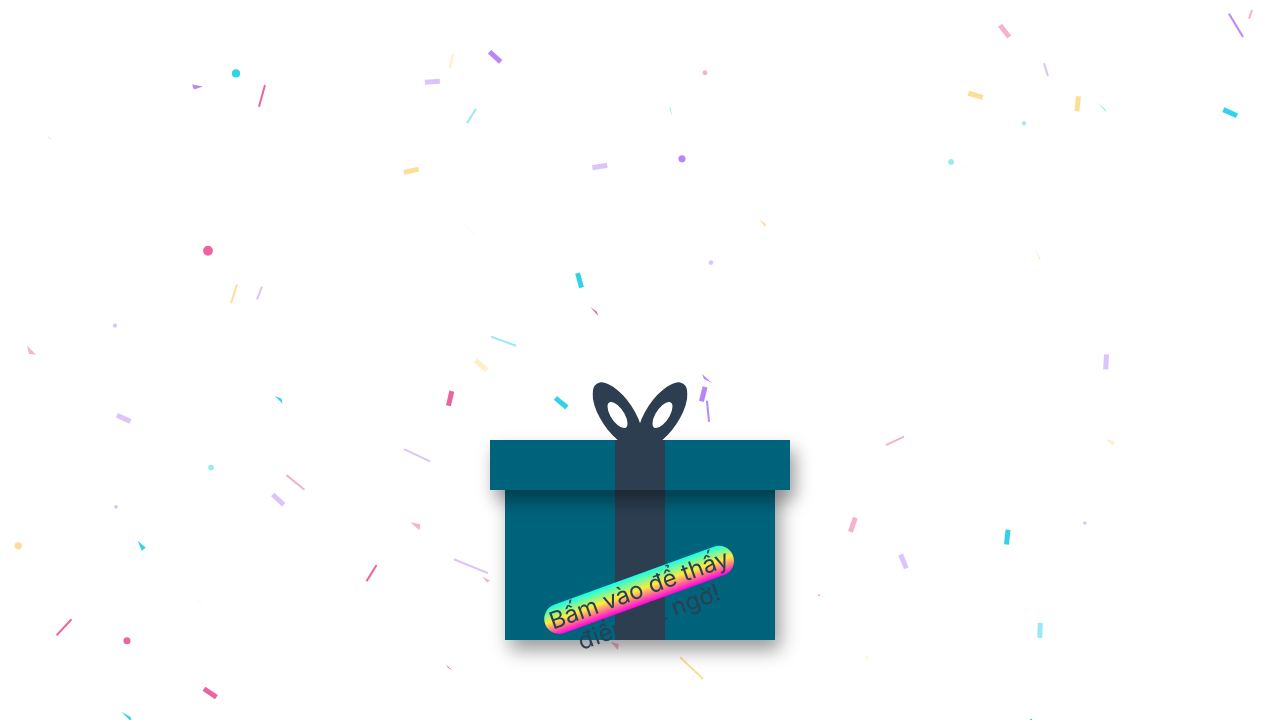
Repository: trongnghia161001/birth_day
Page: index.html
These files come from the project's save history. The page is drawn as it stood at one moment and after the next save; the edit follows.
The browser window is 1280 px wide. The pictures show the whole page.

Above is the page before, as saved 2022-11-14 22:30:30.

After the next save:
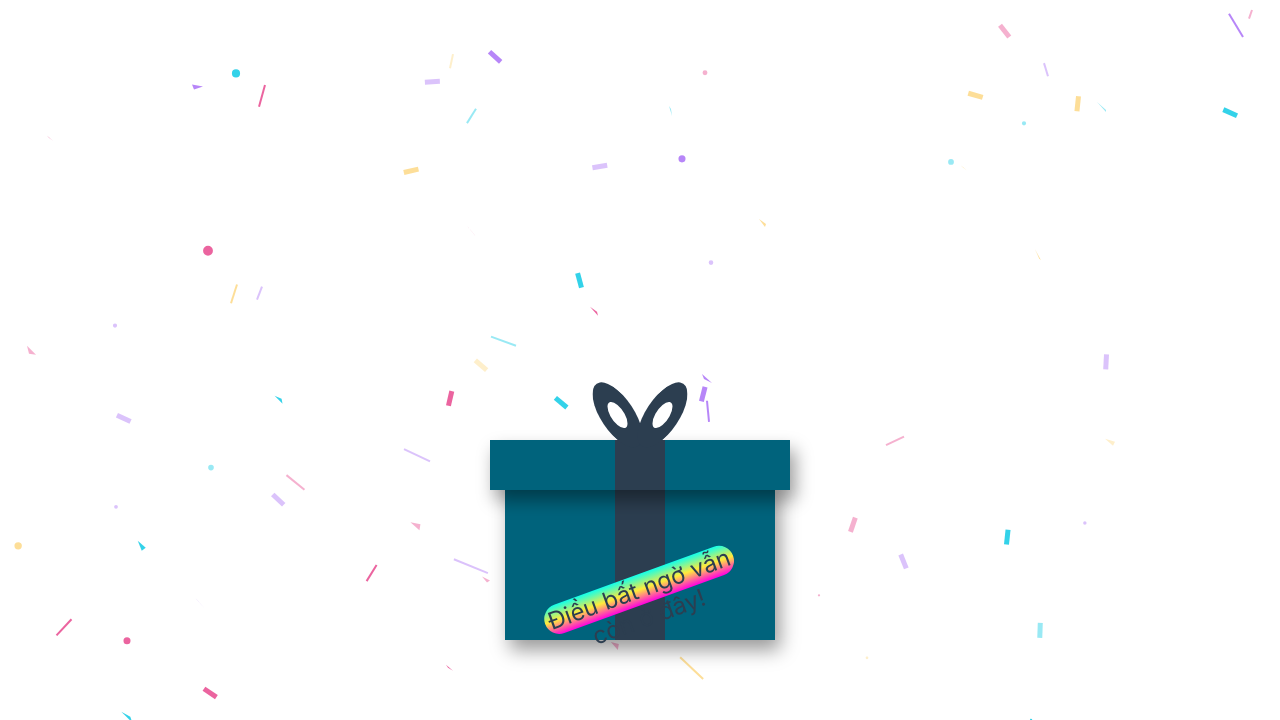
Saved 38 s later.
--- a/styles/style.css
+++ b/styles/style.css
@@ -71,7 +71,7 @@ li span {
   position: absolute;
   color: #2C3E50;
   width: 100%;
-  content: "Bấm vào để thấy điều bất ngờ!";
+  content: "Điều bất ngờ vẫn còn ở đây!";
   left: 50px;
   bottom: 0;
   font-size: 24px;
